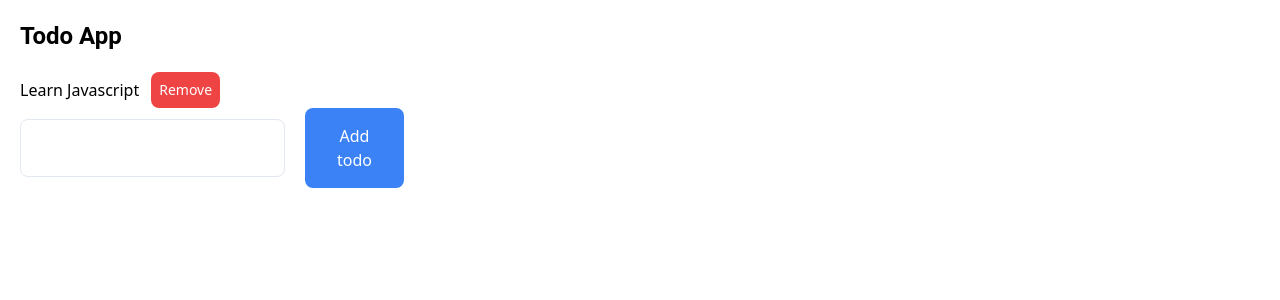
Repository: vophuocthanh/react-typescript
Page: /
The author's editor kept a copy of each file at every save. The page is drawn from the files as they stood at one save, then again after the next save.
The browser window is 1280 px wide. The pictures show the whole page.
The project was rebuilt for these pictures with package versions that can differ from the ones it lists, and the page was loaded fresh each time. Also part of the build but not shown: vite.config.ts.

Above is the page before, as saved 2023-04-04 23:39:12.

### src/App.tsx
import React from "react";
const Heading = ({ title }: { title: string }) => {
  return <h2 className="font-primary font-bold text-2xl mb-5">{title}</h2>;
};
const App = () => {
  return (
    <div>
      <Heading title="Todo App"></Heading>
      <div className="max-w-sm">
        <div className="nb-5">
          <div className="flex items-center gap-x-3">
            <span>Learn Javascript</span>
            <button className="p-2 rounded-lg bg-red-500 text-white font-medium text-sm">
              Remove
            </button>
          </div>
        </div>
        <div className="flex items-center gap-x-5">
          <input
            type="text"
            className="p-4 border border-slate-200 rounded-lg outline-none"
          />
          <button className="p-4 rounded-lg bg-blue-500 text-white text-center">
            Add todo
          </button>
        </div>
      </div>
    </div>
  );
};

export default App;

### src/index.css
@tailwind base;
@tailwind components;
@tailwind utilities;
@layer base {
  body {
    @apply p-5;
  }
}

### tailwind.config.js
/** @type {import('tailwindcss').Config} */
export default {
  content: ["./index.html", "./src/**/*.{js,ts,jsx,tsx}"],
  theme: {
    extend: {
      fontFamily: {
        primary: ["Roboto"],
      },
    },
  },
  plugins: [],
};

Loaded but not shown: index.html (common file); src/main.tsx (common file)

After the next save:
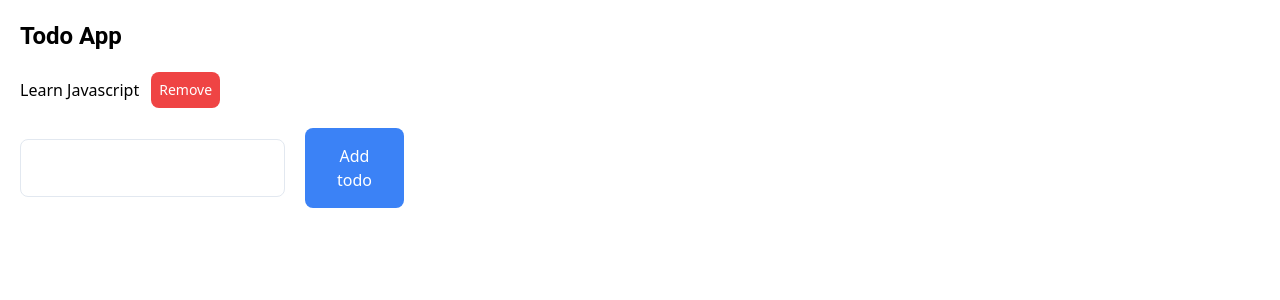
Saved 21 s later.
--- a/src/App.tsx
+++ b/src/App.tsx
@@ -7,7 +7,7 @@ const App = () => {
     <div>
       <Heading title="Todo App"></Heading>
       <div className="max-w-sm">
-        <div className="nb-5">
+        <div className="mb-5">
           <div className="flex items-center gap-x-3">
             <span>Learn Javascript</span>
             <button className="p-2 rounded-lg bg-red-500 text-white font-medium text-sm">
